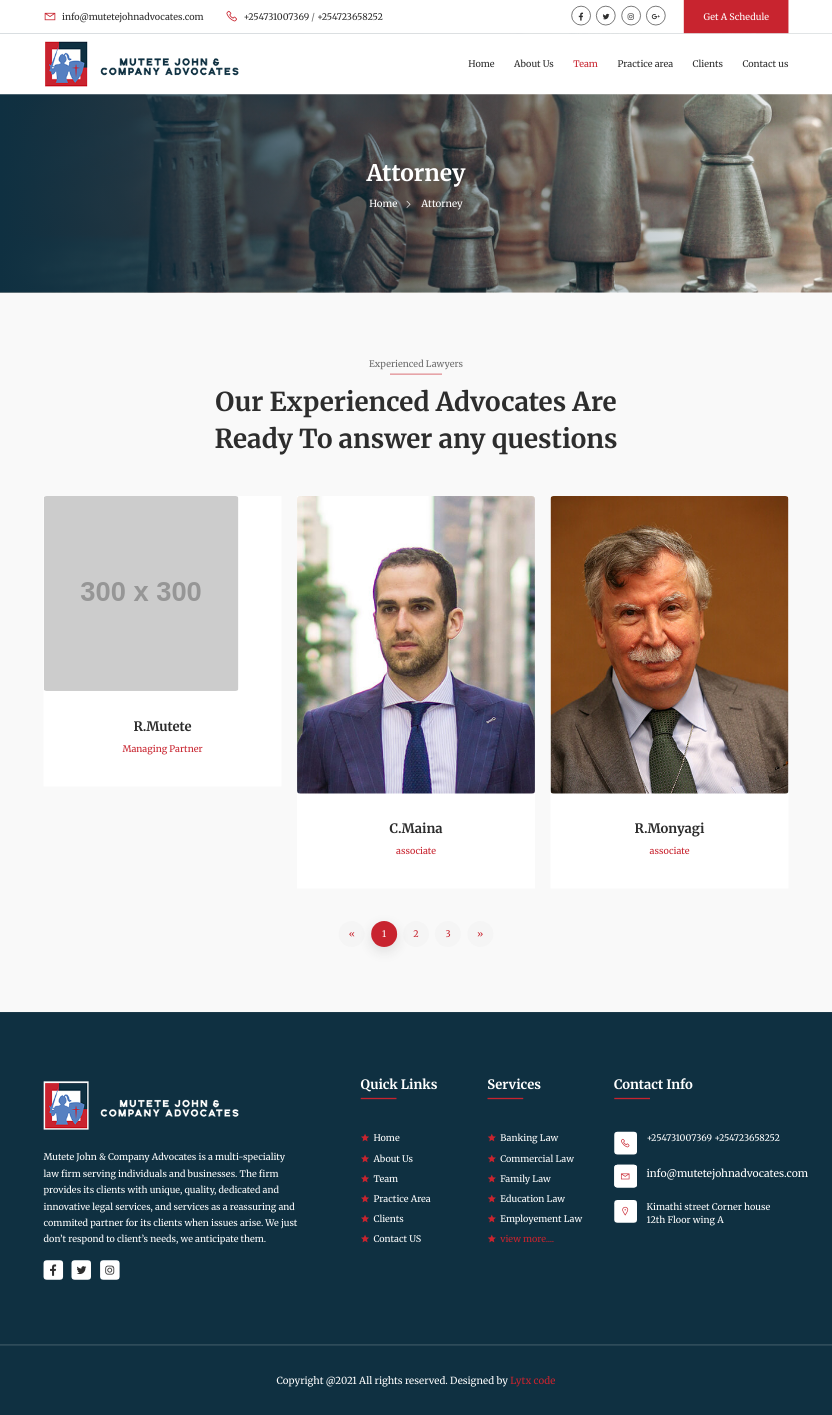
Repository: Samkiroko/mutete_john_website
Page: team.html
These files come from the project's save history. The page is drawn as it stood at one moment and after the next save; the edit follows.
The browser window is 1280 px wide. The pictures show the whole page, at 65% of full size.

Above is the page before, as saved 2021-10-13 15:02:58.

### team.html
<!DOCTYPE html>
<html lang="zxx">

<head>
    <meta charset="UTF-8" />
    <meta name="viewport" content="width=device-width, initial-scale=1.0" />

    <link rel="stylesheet" href="assets/css/bootstrap.min.css" />

    <link rel="stylesheet" href="assets/css/animate.min.css" />

    <link rel="stylesheet" href="assets/css/meanmenu.min.css" />

    <link rel="stylesheet" href="assets/css/line-awesome.min.css" />

    <link rel="stylesheet" href="assets/css/magnific-popup.css" />

    <link rel="stylesheet" href="assets/css/owl.carousel.min.css" />

    <link rel="stylesheet" href="assets/css/owl.theme.default.min.css" />

    <link rel="stylesheet" href="assets/css/odometer.css" />

    <link rel="stylesheet" href="assets/css/style.css" />

    <link rel="stylesheet" href="assets/css/responsive.css" />

    <link rel="apple-touch-icon" sizes="180x180" href="/apple-touch-icon.png" />
    <link rel="icon" type="image/png" sizes="32x32" href="/favicon-32x32.png" />
    <link rel="icon" type="image/png" sizes="16x16" href="/favicon-16x16.png" />
    <link rel="manifest" href="/site.webmanifest" />

    <title>MUTETE JOHN & COMPANY ADVOCATES</title>
</head>

<body>
    <!-- <div class="preloader">
        <div class="d-table">
            <div class="d-table-cell">
                <div class="lds-hourglass"></div>
            </div>
        </div>
    </div> -->

    <header class="header-area">
        <div class="top-header">
            <div class="container">
                <div class="row align-items-center">
                    <div class="col-lg-8 col-sm-8">
                        <ul class="left-info">
                            <li>
                                <a href="mailto:info@mutetejohnadvocates.com">
                                    <i class="las la-envelope"></i>
                                    <span class="__cf_email__">info@mutetejohnadvocates.com</span>
                                </a>
                            </li>
                            <li>
                                <a href="tel:+254731007369"> <i class="las la-phone"></i> +254731007369 </a>/
                                <a href="tel:+254723658252">+254723658252</a>
                            </li>
                        </ul>
                    </div>
                    <div class="col-lg-4 col-sm-4">
                        <ul class="right-info">
                            <li>
                                <a href="#" target="_blank">
                                    <i class="lab la-facebook-f"></i>
                                </a>
                            </li>
                            <li>
                                <a href="#" target="_blank">
                                    <i class="lab la-twitter"></i>
                                </a>
                            </li>
                            <li>
                                <a href="#" target="_blank">
                                    <i class="lab la-instagram"></i>
                                </a>
                            </li>
                            <li>
                                <a href="#" target="_blank">
                                    <i class="lab la-google-plus"></i>
                                </a>
                            </li>
                            <li class="heder-btn">
                                <a href="contact.html">Get A Schedule</a>
                            </li>
                        </ul>
                    </div>
                </div>
            </div>
        </div>

        <div class="navbar-area">
            <div class="atorn-responsive-nav">
                <div class="container">
                    <div class="atorn-responsive-menu">
                        <div class="logo">
                            <a href="index.html">
                                <img src="assets/img/logo.png" alt="logo" />
                            </a>
                        </div>
                    </div>
                </div>
            </div>
            <div class="atorn-nav">
                <div class="container">
                    <nav class="navbar navbar-expand-md navbar-light">
                        <a class="navbar-brand" href="index.html">
                            <img src="assets/img/logo.png" alt="logo" />
                        </a>
                        <div class="collapse navbar-collapse mean-menu">
                            <ul class="navbar-nav ms-auto">
                                <li class="nav-item">
                                    <a href="index.html" class="nav-link"> Home </a>
                                </li>
                                <li class="nav-item">
                                    <a href="about.html" class="nav-link"> About Us </a>
                                </li>
                                <li class="nav-item active">
                                    <a href="team.html" class="nav-link"> Team </a>
                                </li>
                                <li class="nav-item">
                                    <a href="practice_area.html" class="nav-link"> Practice area </a>
                                </li>

                                <li class="nav-item">
                                    <a href="clients.html" class="nav-link"> Clients </a>
                                </li>
                                <li class="nav-item">
                                    <a href="contact.html" class="nav-link"> Contact us </a>
                                </li>
                            </ul>
                        </div>
                    </nav>
                </div>
            </div>
        </div>
    </header>

    <div class="page-banner bg-1">
        <div class="d-table">
            <div class="d-table-cell">
                <div class="container">
                    <div class="page-content">
                        <h2>Attorney</h2>
                        <ul>
                            <li>
                                <a href="index.html">Home <i class="las la-angle-right"></i></a>
                            </li>
                            <li>Attorney</li>
                        </ul>
                    </div>
                </div>
            </div>
        </div>
    </div>

    <div class="attorney-area ptb-100">
        <div class="container">
            <div class="section-title">
                <span>Experienced Lawyers</span>
                <h2>Our Experienced Advocates Are Ready To answer any questions</h2>
            </div>
            <div class="row">
                <div class="col-lg-4 col-sm-6">
                    <div class="attorney-card">
                        <a href="attorney-details.html">
                            <img src="http://via.placeholder.com/300

C/O https://placeholder.com/" alt="" sizes="" srcset="" />
                        </a>
                        <div class="attorney-card-text">
                            <h3><a href="attorney-details.html">R.Mutete</a></h3>
                            <p>Managing Partner</p>
                        </div>
                    </div>
                </div>
                <div class="col-lg-4 col-sm-6">
                    <div class="attorney-card">
                        <a href="attorney-details.html">
                            <img src="assets/img/attorney/attorney2.jpg" alt="Image" />
                        </a>
                        <div class="attorney-card-text">
                            <h3><a href="attorney-details.html">C.Maina</a></h3>
                            <p>associate</p>
                        </div>
                    </div>
                </div>
                <div class="col-lg-4 col-sm-6">
                    <div class="attorney-card">
                        <a href="attorney-details.html">
                            <img src="assets/img/attorney/attorney3.jpg" alt="Image" />
                        </a>
                        <div class="attorney-card-text">
                            <h3><a href="attorney-details.html">R.Monyagi</a></h3>
                            <p>associate</p>
                        </div>
                    </div>
                </div>
            </div>

            <div class="col-lg-12 col-md-12">
                <ul class="pagination">
                    <li class="page-item">
                        <a class="page-link" href="#" aria-label="Previous">
                            <span aria-hidden="true">&laquo;</span>
                        </a>
                    </li>
                    <li class="page-item active"><a class="page-link" href="#">1</a></li>
                    <li class="page-item"><a class="page-link" href="#">2</a></li>
                    <li class="page-item"><a class="page-link" href="#">3</a></li>
                    <li class="page-item">
                        <a class="page-link" href="#" aria-label="Next">
                            <span aria-hidden="true">&raquo;</span>
                        </a>
                    </li>
                </ul>
            </div>
        </div>
    </div>

    <footer class="footer-area pt-100 pb-70">
        <div class="container">
            <div class="row">
                <div class="col-lg-5 col-sm-6">
                    <div class="footer-widget">
                        <div class="logo">
                            <img src="assets/img/logo-white.png" alt="logo" />
                        </div>
                        <p>
                            Mutete John & Company Advocates is a multi-speciality law firm serving individuals and businesses. The firm provides its clients with unique, quality, dedicated and innovative legal services, and services as a reassuring and commited partner for its clients
                            when issues arise. We just don’t respond to client’s needs, we anticipate them.
                        </p>
                        <ul class="footer-socials">
                            <li>
                                <a href="#" target="_blank">
                                    <i class="lab la-facebook-f"></i>
                                </a>
                            </li>
                            <li>
                                <a href="#" target="_blank">
                                    <i class="lab la-twitter"></i>
                                </a>
                            </li>
                            <li>
                                <a href="#" target="_blank">
                                    <i class="lab la-instagram"></i>
                                </a>
                            </li>
                        </ul>
                    </div>
                </div>
                <div class="col-lg-2 col-sm-6">
                    <div class="footer-widget">
                        <h3>Quick Links</h3>
                        <ul class="footer-text">
                            <li>
                                <a href="index.html"> <i class="las la-star"></i> Home </a>
                            </li>
                            <li>
                                <a href="about.html"> <i class="las la-star"></i> About Us </a>
                            </li>
                            <li>
                                <a href="team.html"> <i class="las la-star"></i> Team </a>
                            </li>
                            <li>
                                <a href="practice_area.html"> <i class="las la-star"></i> Practice Area </a>
                            </li>
                            <li>
                                <a href="clients.html"> <i class="las la-star"></i> Clients </a>
                            </li>
                            <li>
                                <a href="contact.html"> <i class="las la-star"></i> Contact US </a>
                            </li>
                        </ul>
                    </div>
                </div>
                <div class="col-lg-2 col-sm-6">
                    <div class="footer-widget pl-50">
                        <h3>Services</h3>
                        <ul class="footer-text">
                            <li>
                                <a href="/practice_area.html"> <i class="las la-star"></i> Banking Law </a>
                            </li>
                            <li>
                                <a href="/practice_area.html"> <i class="las la-star"></i> Commercial Law </a>
                            </li>
                            <li>
                                <a href="/practice_area.html"> <i class="las la-star"></i>Family Law</a>
                            </li>
                            <li>
                                <a href="/practice_area.html"> <i class="las la-star"></i> Education Law </a>
                            </li>
                            <li>
                                <a href="/practice_area.html"> <i class="las la-star"></i> Employement Law </a>
                            </li>
                            <li>
                                <a href="/practice_area.html"> <i class="las la-star"></i> <span>view more....</span> </a>
                            </li>
                            <!-- <li>
                                <a href="#"> <i class="las la-star"></i> Intellectual property Law </a>
                            </li>
                            <li>
                                <a href="#"> <i class="las la-star"></i> Debt Collection & Creditor Management Services </a>
                            </li> -->
                        </ul>
                    </div>
                </div>
                <div class="col-lg-3 col-sm-6">
                    <div class="footer-widget">
                        <h3>Contact Info</h3>
                        <ul class="info-list">
                            <li>
                                <i class="las la-phone"></i>
                                <a href="tel:+254731007369">+254731007369</a>
                                <a href="tel:+254723658252"> +254723658252</a>
                            </li>
                            <li>
                                <i class="las la-envelope"></i>
                                <a href="mailto:info@mutetejohnadvocates.com">
                                    <i class="las la-envelope"></i>
                                    <span class="__cf_email__">info@mutetejohnadvocates.com</span>
                                </a>
                            </li>
                            <li><i class="las la-map-marker-alt"></i> Kimathi street Corner house 12th Floor wing A</li>
                        </ul>
                    </div>
                </div>
            </div>
        </div>
    </footer>

    <div class="footer-bottom">
        <div class="container">
            <p>Copyright @2021 All rights reserved. Designed by <a href="https://lytxcode.com/">Lytx code</a></p>
        </div>
    </div>

    <div class="go-top">
        <i class="las la-hand-point-up"></i>
    </div>

    <script data-cfasync="false" src="https://templates.hibootstrap.com/cdn-cgi/scripts/5c5dd728/cloudflare-static/email-decode.min.js"></script>
    <script src="assets/js/jquery.min.js"></script>
    <script src="assets/js/bootstrap.bundle.min.js"></script>

    <script src="assets/js/meanmenu.min.js"></script>

    <script src="assets/js/jquery.magnific-popup.min.js"></script>

    <script src="assets/js/owl.carousel.min.js"></script>

    <script src="assets/js/odometer.min.js"></script>

    <script src="assets/js/jquery.appear.js"></script>

    <script src="assets/js/form-validator.min.js"></script>

    <script src="assets/js/contact-form-script.js"></script>

    <script src="assets/js/jquery.ajaxchimp.min.js"></script>

    <script src="assets/js/custom.js"></script>
</body>

</html>

### assets/css/meanmenu.min.css
/*
MeanMenu 2.0.7
--------
To be used with jquery.meanmenu.js by Chris Wharton (http://www.meanthemes.com/plugins/meanmenu/)
*/
a.meanmenu-reveal{display:none}.mean-container .mean-bar{float:left;width:100%;position:absolute;background:transparent;padding:0 0 0;z-index:999}.mean-container a.meanmenu-reveal{width:35px;height:30px;position:absolute;right:0;cursor:pointer;color:#000;text-decoration:none;font-size:16px;text-indent:-9999em;line-height:22px;font-size:1px;display:block;font-weight:700;padding-top:4px}.mean-container a.meanmenu-reveal span{display:block;background:#000;height:4px;margin-top:-5px;border-radius:3px;position: relative;top: 8px;}.mean-container .mean-nav{float:left;width:100%;background:#fff;margin-top:62px}.mean-container .mean-nav ul{padding:0;margin:0;width:100%;border:none;list-style-type:none}.mean-container .mean-nav ul li{position:relative;float:left;width:100%}.mean-container .mean-nav ul li a i{display:none}.mean-container .mean-nav ul li a{display:block;float:left;width:90%;padding:1em 5% 13px;margin:0;text-align:left;color:#677294;border-top:1px solid #DBEEFD;text-decoration:none}.mean-container .mean-nav ul li a.active{color:#000}.mean-container .mean-nav ul li li a{width:80%;padding:1em 10% 13px;color:#677294;border-top:1px solid #DBEEFD;opacity:1;filter:alpha(opacity=75);text-shadow:none!important;visibility:visible;text-transform:none;font-size:14px}.mean-container .mean-nav ul li.mean-last a{margin-bottom:0}.mean-container .mean-nav ul li li li a{width:70%;padding:1em 15% 13px}.mean-container .mean-nav ul li li li li a{width:60%;padding:1em 20% 13px}.mean-container .mean-nav ul li li li li li a{width:50%;padding:1em 25% 13px}.mean-container .mean-nav ul li a:hover{background:#252525;background:rgba(255,255,255,.1)}.mean-container .mean-nav ul li a.mean-expand{margin-top:1px;width:100%;height:24px;padding:11px!important;text-align:right;position:absolute;right:0;top:0;z-index:2;font-weight:500;background:transparent;border:none!important}.mean-container .mean-push{float:left;width:100%;padding:0;margin:0;clear:both}.mean-nav .wrapper{width:100%;padding:0;margin:0}.mean-container .mean-bar,.mean-container .mean-bar *{-webkit-box-sizing:content-box;-moz-box-sizing:content-box;box-sizing:content-box}.mean-remove{display:none!important}

### assets/css/odometer.css
.odometer.odometer-auto-theme,.odometer.odometer-theme-default{display:inline-block;vertical-align:middle;position:relative}.odometer.odometer-auto-theme .odometer-digit,.odometer.odometer-theme-default .odometer-digit{display:inline-block;vertical-align:middle;position:relative}.odometer.odometer-auto-theme .odometer-digit .odometer-digit-spacer,.odometer.odometer-theme-default .odometer-digit .odometer-digit-spacer{display:inline-block;vertical-align:middle;visibility:hidden}.odometer.odometer-auto-theme .odometer-digit .odometer-digit-inner,.odometer.odometer-theme-default .odometer-digit .odometer-digit-inner{text-align:left;display:block;position:absolute;top:0;left:0;right:0;bottom:0;overflow:hidden}.odometer.odometer-auto-theme .odometer-digit .odometer-ribbon,.odometer.odometer-theme-default .odometer-digit .odometer-ribbon{display:block}.odometer.odometer-auto-theme .odometer-digit .odometer-ribbon-inner,.odometer.odometer-theme-default .odometer-digit .odometer-ribbon-inner{display:block;-webkit-backface-visibility:hidden}.odometer.odometer-auto-theme .odometer-digit .odometer-value,.odometer.odometer-theme-default .odometer-digit .odometer-value{display:block;-webkit-transform:translateZ(0)}.odometer.odometer-auto-theme .odometer-digit .odometer-value.odometer-last-value,.odometer.odometer-theme-default .odometer-digit .odometer-value.odometer-last-value{position:absolute}.odometer.odometer-auto-theme.odometer-animating-up .odometer-ribbon-inner,.odometer.odometer-theme-default.odometer-animating-up .odometer-ribbon-inner{-webkit-transition:-webkit-transform 2s;-moz-transition:-moz-transform 2s;-ms-transition:-ms-transform 2s;-o-transition:-o-transform 2s;transition:transform 2s}.odometer.odometer-auto-theme.odometer-animating-up.odometer-animating .odometer-ribbon-inner,.odometer.odometer-theme-default.odometer-animating-up.odometer-animating .odometer-ribbon-inner{-webkit-transform:translateY(-100%);-moz-transform:translateY(-100%);-ms-transform:translateY(-100%);-o-transform:translateY(-100%);transform:translateY(-100%)}.odometer.odometer-auto-theme.odometer-animating-down .odometer-ribbon-inner,.odometer.odometer-theme-default.odometer-animating-down .odometer-ribbon-inner{-webkit-transform:translateY(-100%);-moz-transform:translateY(-100%);-ms-transform:translateY(-100%);-o-transform:translateY(-100%);transform:translateY(-100%)}.odometer.odometer-auto-theme.odometer-animating-down.odometer-animating .odometer-ribbon-inner,.odometer.odometer-theme-default.odometer-animating-down.odometer-animating .odometer-ribbon-inner{-webkit-transition:-webkit-transform 2s;-moz-transition:-moz-transform 2s;-ms-transition:-ms-transform 2s;-o-transition:-o-transform 2s;transition:transform 2s;-webkit-transform:translateY(0);-moz-transform:translateY(0);-ms-transform:translateY(0);-o-transform:translateY(0);transform:translateY(0)}.odometer.odometer-auto-theme,.odometer.odometer-theme-default{font-family:"Helvetica Neue",sans-serif;line-height:1.1em}.odometer.odometer-auto-theme .odometer-value,.odometer.odometer-theme-default .odometer-value{text-align:center}

Loaded but not shown: assets/css/bootstrap.min.css (library); assets/css/animate.min.css (library); assets/css/line-awesome.min.css (library); assets/css/magnific-popup.css (library); assets/css/owl.carousel.min.css (library); assets/css/owl.theme.default.min.css (common file); assets/js/jquery.min.js (library); assets/js/bootstrap.bundle.min.js (library); assets/js/meanmenu.min.js (library); assets/js/jquery.magnific-popup.min.js (library); assets/js/owl.carousel.min.js (library); assets/js/odometer.min.js (library); assets/js/jquery.appear.js (library); assets/js/form-validator.min.js (library); assets/js/jquery.ajaxchimp.min.js (common file); assets/js/custom.js (188 lines, source omitted); assets/js/contact-form-script.js (62 lines, source omitted); assets/css/style.css (4508 lines, source omitted); assets/css/responsive.css (762 lines, source omitted)

After the next save:
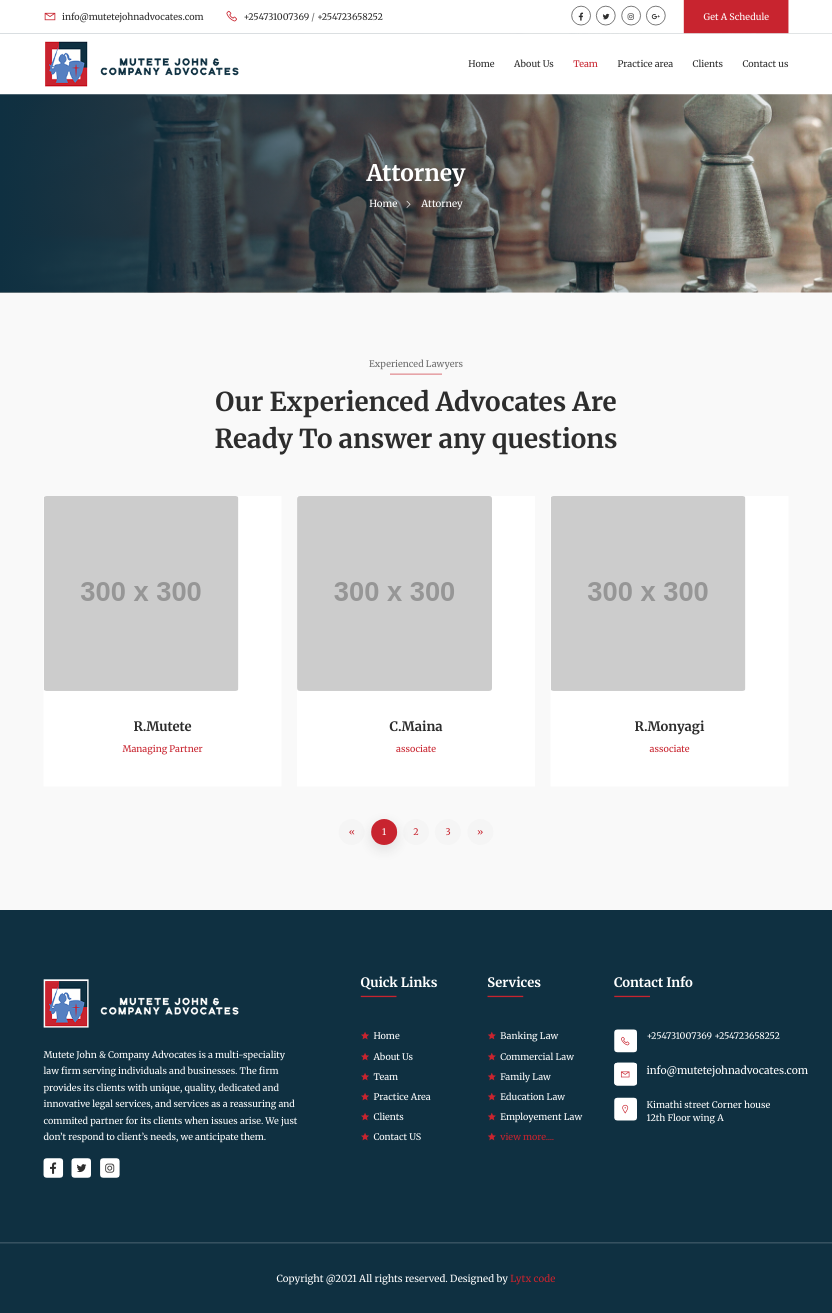
Saved 25 s later.
--- a/team.html
+++ b/team.html
@@ -179,7 +179,9 @@ C/O https://placeholder.com/" alt="" sizes="" srcset="" />
                 <div class="col-lg-4 col-sm-6">
                     <div class="attorney-card">
                         <a href="attorney-details.html">
-                            <img src="assets/img/attorney/attorney2.jpg" alt="Image" />
+                            <img src="http://via.placeholder.com/300
+
+C/O https://placeholder.com/" alt="Image" />
                         </a>
                         <div class="attorney-card-text">
                             <h3><a href="attorney-details.html">C.Maina</a></h3>
@@ -190,7 +192,9 @@ C/O https://placeholder.com/" alt="" sizes="" srcset="" />
                 <div class="col-lg-4 col-sm-6">
                     <div class="attorney-card">
                         <a href="attorney-details.html">
-                            <img src="assets/img/attorney/attorney3.jpg" alt="Image" />
+                            <img src="http://via.placeholder.com/300
+
+C/O https://placeholder.com/" alt="Image" />
                         </a>
                         <div class="attorney-card-text">
                             <h3><a href="attorney-details.html">R.Monyagi</a></h3>
